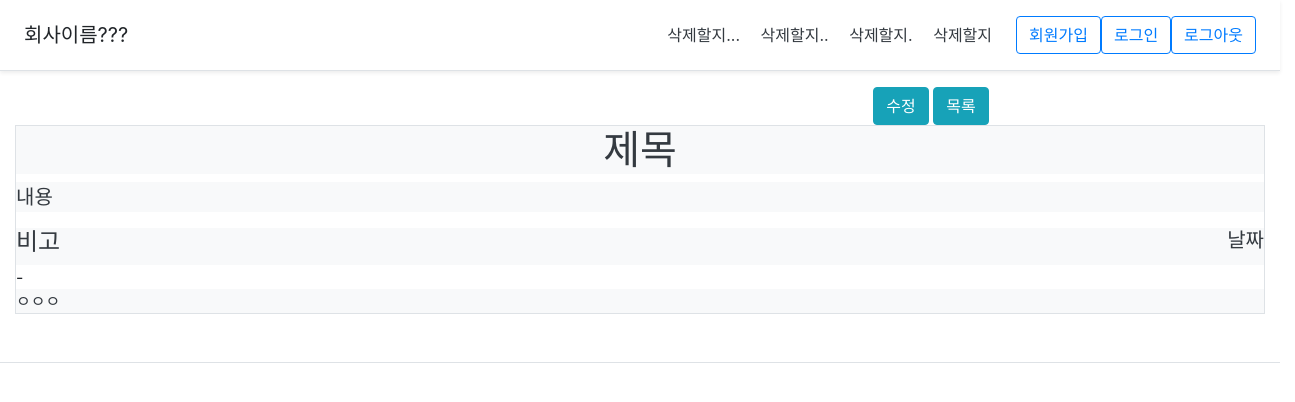
Repository: SettingRhino/innogleantmanager
Page: http://localhost/antmanager/WEB-INF/views/viewItem.jsp
The author's editor kept a copy of each file at every save. The page is drawn from the files as they stood at one save, then again after the next save.
The browser window is 1280 px wide. The page is 1295 px wide, so the pictures cover 1295 px, including what lies to the right of the window. The pictures show the whole page.
The page is served by Tomcat 9. Nobody is signed in. Other server files are loaded and not shown. The template is opened directly, without the code that normally fills it, so the values that code supplies are empty.

Above is the page before, as saved 2020-06-08 17:51:35.

### antmanager/src/main/webapp/WEB-INF/views/viewItem.jsp
<%@ page language="java" contentType="text/html; charset=UTF-8"
	pageEncoding="UTF-8"%>
<%@ taglib uri="http://java.sun.com/jsp/jstl/core" prefix="c"%>

<!doctype html>
<html>
<head>
<meta charset="utf-8">
<meta name="viewport"
	content="width=device-width, initial-scale=1, shrink-to-fit=no">
<meta name="description" content="">
<meta name="author"
	content="Mark Otto, Jacob Thornton, and Bootstrap contributors">
<meta name="generator" content="Jekyll v4.0.1">
<title>Pricing example · Bootstrap</title>

<link rel="canonical"
	href="https://getbootstrap.com/docs/4.5/examples/pricing/">

<link rel="stylesheet"
	href="https://stackpath.bootstrapcdn.com/bootstrap/4.4.1/css/bootstrap.min.css"
	integrity="sha384-Vkoo8x4CGsO3+Hhxv8T/Q5PaXtkKtu6ug5TOeNV6gBiFeWPGFN9MuhOf23Q9Ifjh"
	crossorigin="anonymous">

<style>
.bd-placeholder-img {
	font-size: 1.125rem;
	text-anchor: middle;
	-webkit-user-select: none;
	-moz-user-select: none;
	-ms-user-select: none;
	user-select: none;
}

@media ( min-width : 768px) {
	.bd-placeholder-img-lg {
		font-size: 3.5rem;
	}
}
</style>
<!-- Custom styles for this template -->

<link href="<c:url value="/resources/css/pricing.css"/>"
	rel="stylesheet">
</head>
<body>
	<div
		class="d-flex flex-column flex-md-row align-items-center p-3 px-md-4 mb-3 bg-white border-bottom shadow-sm">
		<h5 class="my-0 mr-md-auto font-weight-normal">회사이름???</h5>
		<nav class="my-2 my-md-0 mr-md-3">
			<a class="p-2 text-dark" href="#">삭제할지...</a> <a
				class="p-2 text-dark" href="#">삭제할지..</a> <a class="p-2 text-dark"
				href="#">삭제할지.</a> <a class="p-2 text-dark"
				href="<c:url value="/test"/>">삭제할지</a>
		</nav>
		<a class="btn btn-outline-primary"
			href="<c:url value="/user/signup"/>">회원가입</a> <a
			class="btn btn-outline-primary" href="<c:url value="/login"/>">로그인</a>
		<a class="btn btn-outline-primary" href="<c:url value="/logout"/>">로그아웃</a>
	</div>
		<div class="row">
		<div class="col-lg-4"></div>
		<div class="col-lg-4"></div>
		<div class="col-lg-4">
		<a href="#" class="btn btn-info" role="button">수정</a>
		<a href="#" class="btn btn-info" role="button">목록</a>
		</div>
		</div>
	<div class="container-fluid">
		<div class="table table-bordered">
			<h1 class="bg-light text-dark" align="center">제목</h1>
			<div class="bg-light text-dark">
				<p class="lead">내용</p>
			</div>
			<div class="bg-light text-dark">
			<div class="row">
				<div class="col-lg-4">
					<h4>
						비고
						</h4>
				</div>
				<div class="col-lg-8" align="right">
					<h5>날짜</h5>
				</div>
			</div>
			</div>
			<div>-</div>
			<div class="bg-light text-dark">
			<!-- 비고 내용 -->ㅇㅇㅇ
			</div>

		</div>
	</div>
	<p>${diary.title}</p>
	<footer class="pt-4 my-md-5 pt-md-5 border-top"> </footer>

</body>
</html>

### antmanager/src/main/webapp/resources/css/pricing.css
@charset "UTF-8";
html {
  font-size: 14px;
}
@media (min-width: 768px) {
  html {
    font-size: 16px;
  }
}

.container {
  max-width: 960px;
}

.pricing-header {
  max-width: 700px;
}

.card-deck .card {
  min-width: 220px;
}

After the next save:
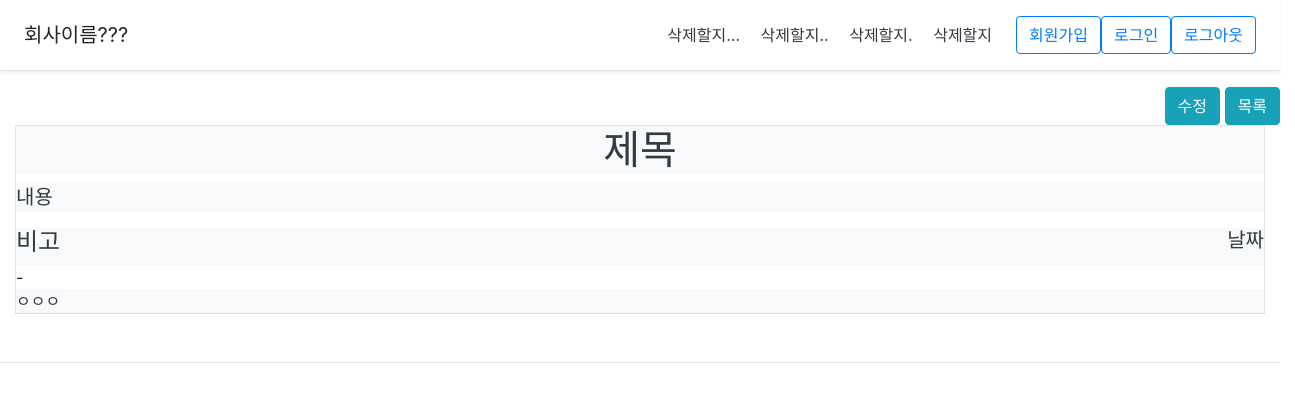
Saved 20 s later.
--- a/antmanager/src/main/webapp/WEB-INF/views/viewItem.jsp
+++ b/antmanager/src/main/webapp/WEB-INF/views/viewItem.jsp
@@ -61,7 +61,7 @@
 		<div class="row">
 		<div class="col-lg-4"></div>
 		<div class="col-lg-4"></div>
-		<div class="col-lg-4">
+		<div class="col-lg-4" align="right">
 		<a href="#" class="btn btn-info" role="button">수정</a>
 		<a href="#" class="btn btn-info" role="button">목록</a>
 		</div>
